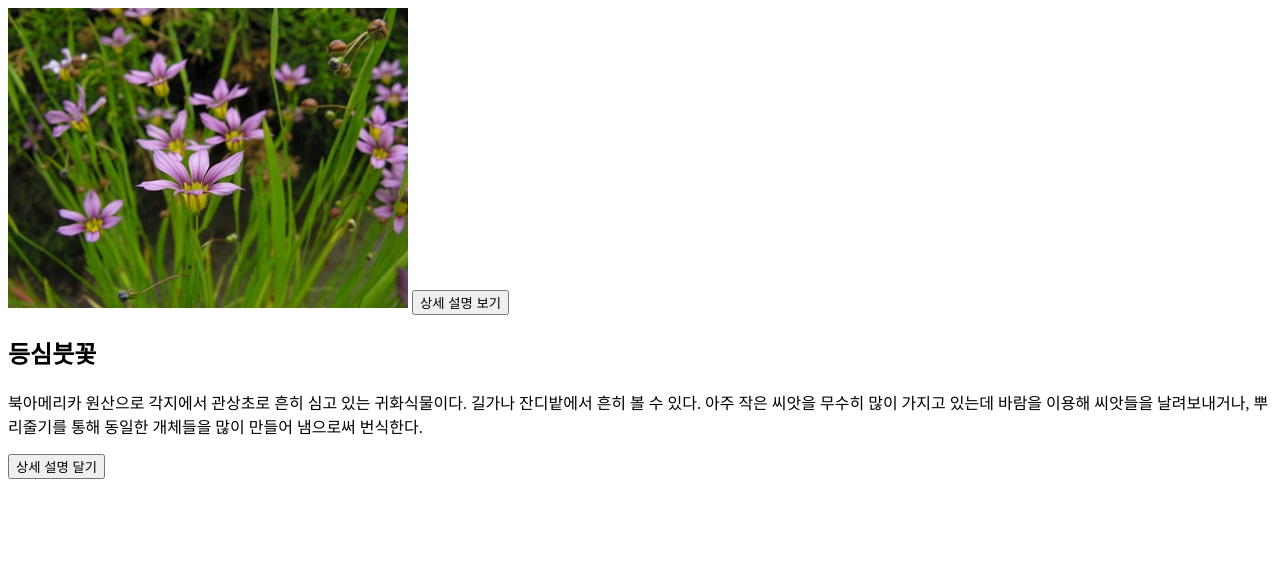
Repository: ady0099/webstudy
Page: 03_javascript/src/main/webapp/day02/ex17_event.html
These files come from the project's save history. The page is drawn as it stood at one moment and after the next save; the edit follows.
The browser window is 1280 px wide. The pictures show the whole page.

Above is the page before, as saved 2023-06-28 07:41:38.

After the next save:
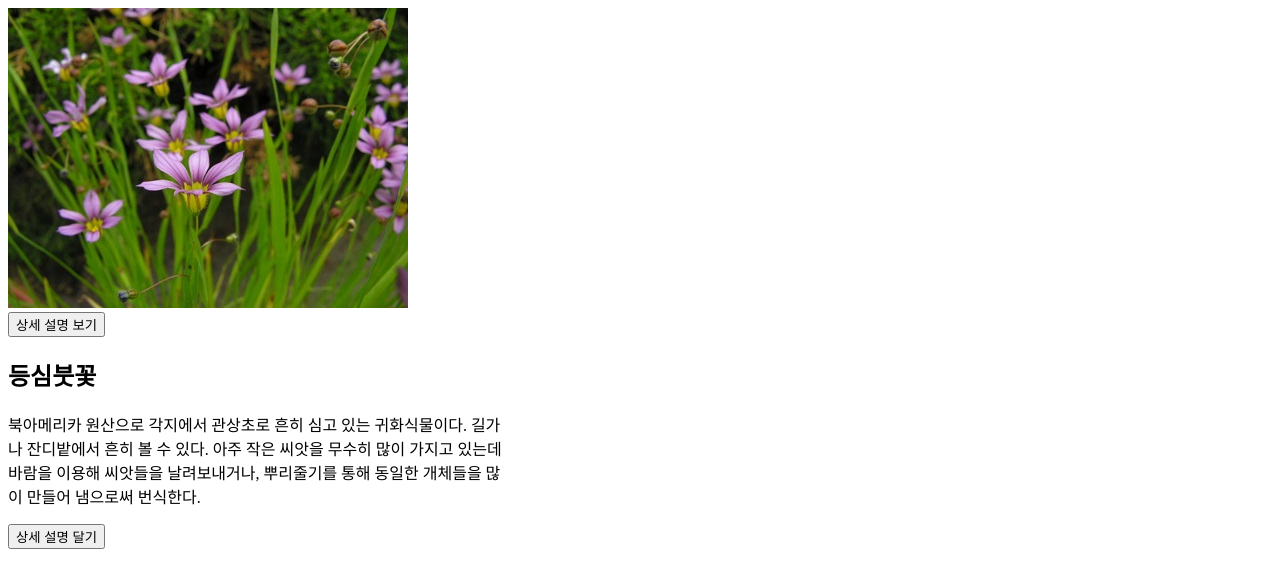
Saved 4 s later.
--- a/03_javascript/src/main/webapp/day02/ex17_event.html
+++ b/03_javascript/src/main/webapp/day02/ex17_event.html
@@ -6,6 +6,7 @@
 		<style>
 			#item{
 				position:relative;
+				width:500px;
 			}
 		</style>
 	</head>
